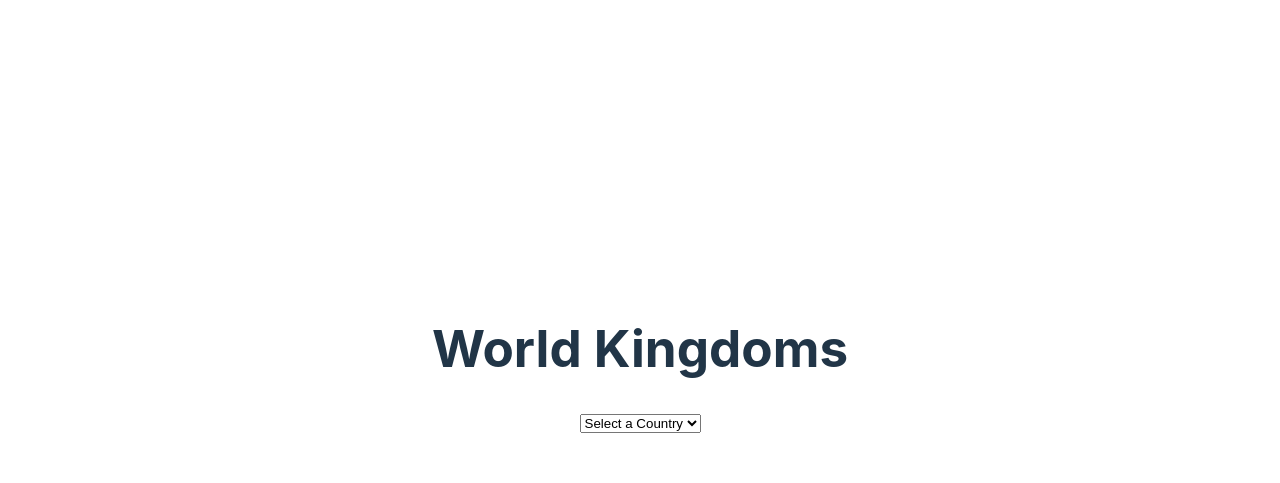
Repository: GloGlorGloria/COMP3170-lab7
Page: /
These files come from the project's save history. The page is drawn as it stood at one moment and after the next save; the edit follows.
The browser window is 1280 px wide. The pictures show the whole page.
The page's requests for data from a server got no answer. The project was rebuilt for these pictures with package versions that can differ from the ones it lists, and the page was loaded fresh each time. No one was signed in, and anything a server would have sent is missing. Also part of the build but not shown: vite.config.js.

Above is the page before, as saved 2024-11-23 13:48:02.

### index.html
<!doctype html>
<html lang="en">
  <head>
    <meta charset="UTF-8" />
    <link rel="icon" type="image/svg+xml" href="/Globe icon.png" />
    <meta name="viewport" content="width=device-width, initial-scale=1.0" />
    <title>World Kingdoms</title>
  </head>
  <body>
    <div id="root"></div>
    <script type="module" src="/src/main.jsx"></script>
  </body>
</html>

### src/App.jsx
import { BrowserRouter, Routes, Route } from 'react-router-dom';
import Countries from './components/Countries';
import Details from './components/Details';
import './App.css'

function App() {
  return (
       <BrowserRouter>
          <Routes>
          <Route path="/" element={<Countries />}>
            <Route path="/countries" element={<Countries />}>
              <Route path=":cca2" element={<Details />} />
            </Route>
          </Route>
        </Routes>
       </BrowserRouter>
  );
}

export default App

### src/components/Countries.jsx
import { useNavigate, useParams } from "react-router-dom";
import Landing from "./Landing";


function Countries() {
  const params = useParams();
  const navigate = useNavigate();
  console.log("countries", params);

      return (
        <>
        <Landing/>


        </>
      );
  }

export default Countries;

### src/components/Landing.jsx
import { useEffect, useState } from 'react';
import { useNavigate } from "react-router-dom";


function Countries() {
  const [countries, setCountries] = useState([]);
  const [fetchStatus, setFetchStatus] = useState('idle');
  const navigate = useNavigate();
  const isLoading = fetchStatus === 'loading';
  const isError = fetchStatus === 'error';

  useEffect(() => {
    async function fetchData() {
      try {
        setFetchStatus('loading');
        const response = await fetch('https://restcountries.com/v3.1/all');
        const data = await response.json();
        setCountries(data.slice(0, 17));
        setFetchStatus('idle');
        console.log(countries);
      } catch(e){
        setFetchStatus('error');
        console.error(e.message);
      }
    }
    fetchData();
  }, []);
  console.log(countries);

  const handleCountrySelect = (event) => {
    const countryName = event.target.value;
    const selectedCountry = countries.find((country) => country.name.common === countryName);
    console.log(selectedCountry);
    console.log(`/countries/${selectedCountry.cca2}`);
    navigate(`/countries/${selectedCountry.cca2}`, { state: {selectedCountry} });
  };

  return (
    <div>
      <h1>World Kingdoms</h1>
      <div className='select_container'>
        <select onChange={handleCountrySelect} >
          <option defaultValue={"Select a Country"} >Select a Country</option>
          {countries.map((country, index) => (
            <option
            key={index}
            value={country.name.common}
            >
            {country.name.common}
            </option>
          ))}
        </select>
      </div>

      {/* <Outlet/> */}

      {/* {isLoading ? (
        <p>Loading data...</p>
        ) : isError ? (
        <p>Opps sorry! Error in fetching data</p>
        ) : (
        <Countries data={countries} />
        )} */}
      </div>
    );
  }

  export default Countries;

### src/components/Details.jsx
import { useLocation } from "react-router-dom";

function Details(){
    const { state } = useLocation();
    if (!state || !state.country) {
        return <div>No country data available. Please go back and select a country.</div>;
      }

    const { country } = state;

    return (
        <div>
            <h1>{country.name.common}</h1>
            <img src={country.flags.png} alt={`Flag of ${country.name.common}`}/>
            <div className="country-info">
                <div>
                    <p><span className="info-title">Capital: </span> <span>{country.capital}</span></p>
                    <p><span className="info-title">Located in:</span> <span>{country.subregion}</span></p>
                </div>
            </div>
        </div>
    );
}

export default Details;

Loaded but not shown: src/main.jsx (common file); src/index.css (common file); src/App.css (common file)

After the next save:
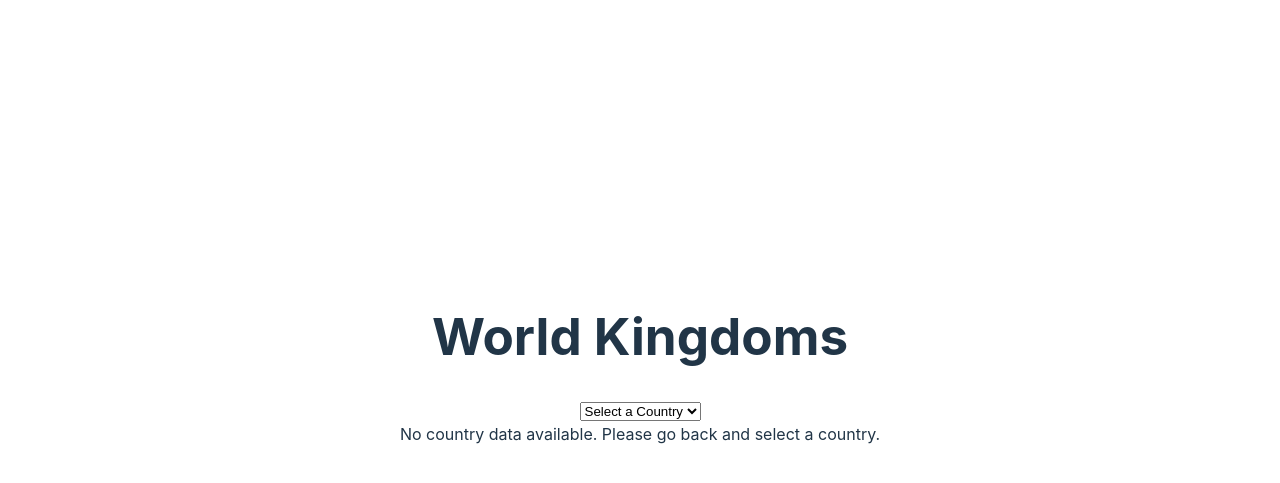
Saved 74 s later.
--- a/src/components/Countries.jsx
+++ b/src/components/Countries.jsx
@@ -1,19 +1,63 @@
-import { useNavigate, useParams } from "react-router-dom";
-import Landing from "./Landing";
+import { useEffect, useState } from 'react';
+import { useNavigate } from "react-router-dom";
+import Details from './Details';
 
 
 function Countries() {
-  const params = useParams();
+  const [countries, setCountries] = useState([]);
+  const [fetchStatus, setFetchStatus] = useState('idle');
   const navigate = useNavigate();
-  console.log("countries", params);
+  const isLoading = fetchStatus === 'loading';
+  const isError = fetchStatus === 'error';
 
-      return (
-        <>
-        <Landing/>
+  useEffect(() => {
+    async function fetchData() {
+      try {
+        setFetchStatus('loading');
+        const response = await fetch('https://restcountries.com/v3.1/all');
+        const data = await response.json();
+        setCountries(data.slice(0, 17));
+        setFetchStatus('idle');
+        console.log(countries);
+      } catch(e){
+        setFetchStatus('error');
+        console.error(e.message);
+      }
+    }
+    fetchData();
+  }, []);
+  console.log(countries);
+
+  const handleCountrySelect = (event) => {
+    const countryName = event.target.value;
+    const selectedCountry = countries.find((country) => country.name.common === countryName);
+    console.log(selectedCountry);
+    console.log(`/countries/${selectedCountry.cca2}`);
+    navigate(`/countries/${selectedCountry.cca2}`, { state: {selectedCountry} });
+  };
+
+  return (
+    <div>
+      <h1>World Kingdoms</h1>
+      <div className='select_container'>
+        <select onChange={handleCountrySelect} >
+          <option defaultValue={"Select a Country"} >Select a Country</option>
+          {countries.map((country, index) => (
+            <option
+            key={index}
+            value={country.name.common}
+            >
+            {country.name.common}
+            </option>
+          ))}
+        </select>
+      </div>
+
+      <Details/>
 
 
-        </>
-      );
+      </div>
+    );
   }
 
-export default Countries;
+  export default Countries;
